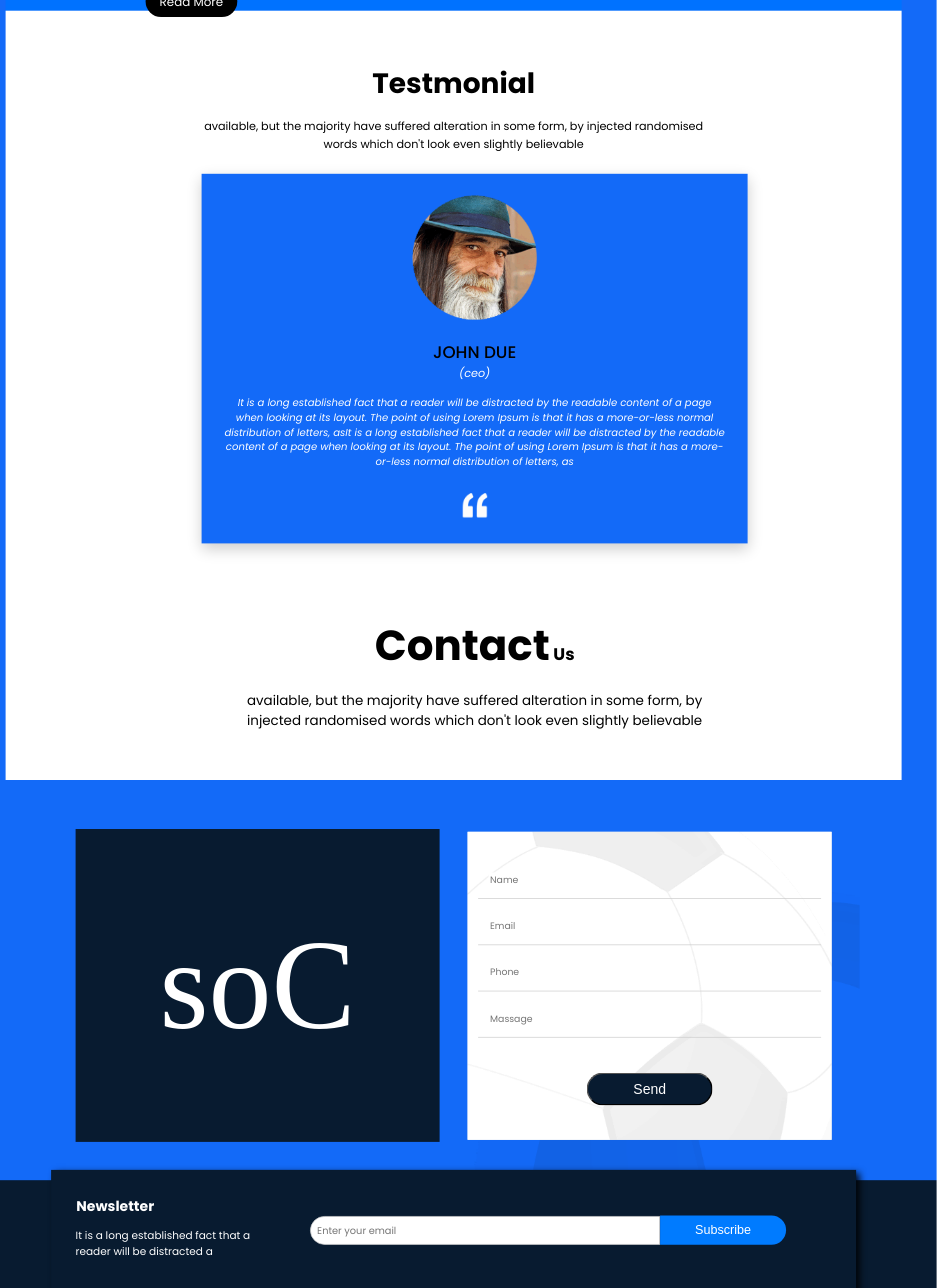
Repository: Vinicius9922/Projeto-Web
Page: index.html
These files come from the project's save history. The page is drawn as it stood at one moment and after a run of saves; the edit follows.
The browser window is 1280 px wide. The page is 1338 px wide, so the pictures cover 1338 px, including what lies to the right of the window. The pictures show the part of the page from y = 2736 to 4576 px (the page is 4913 px tall), at 70% of full size.

Above is the page before, as saved 2024-12-14 13:21:36.

After the next 2 saves:
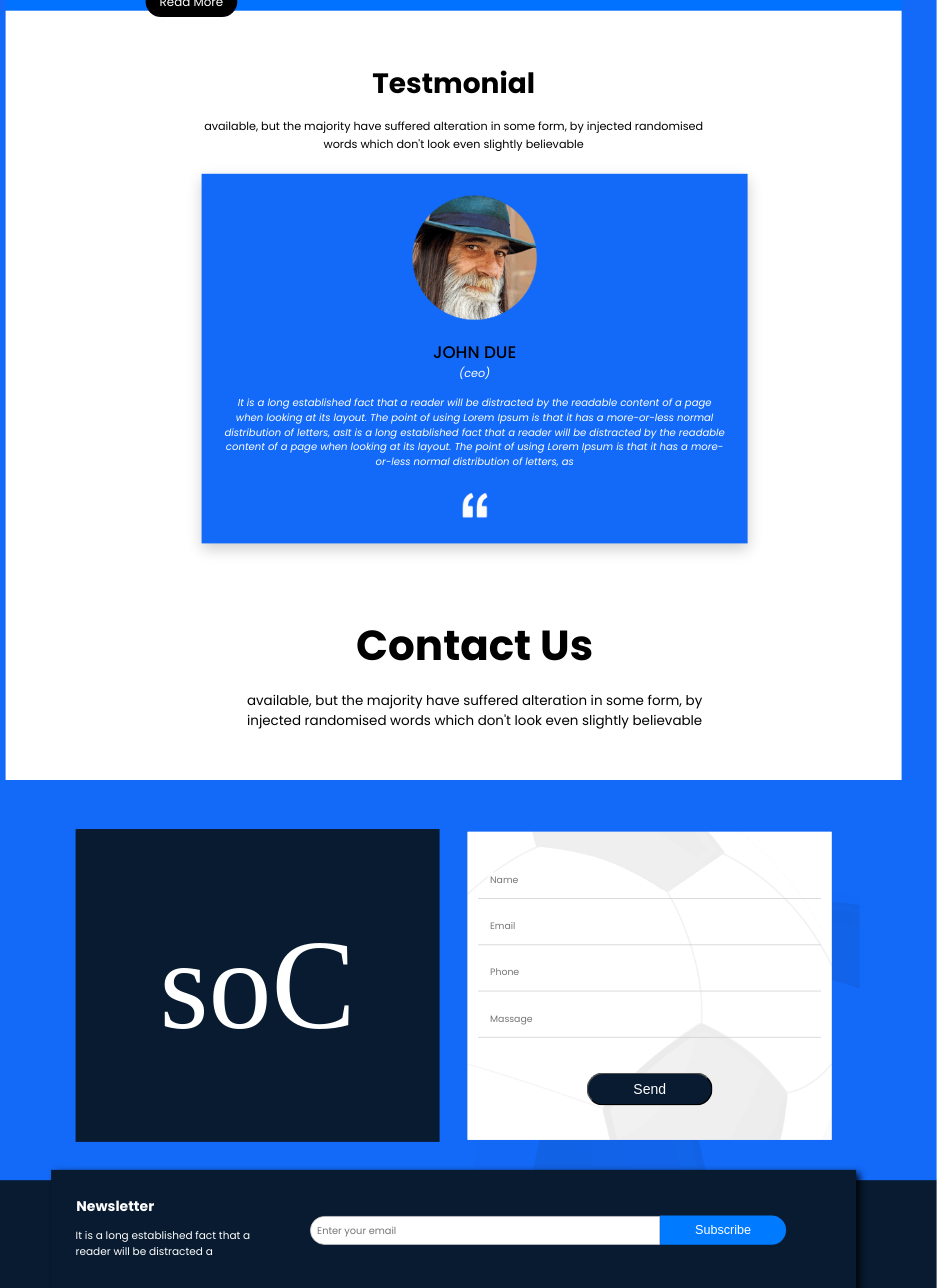
The 2 saves are shown as one change because they came seconds apart.
The last was saved 6 s later.
--- a/index.css
+++ b/index.css
@@ -342,7 +342,8 @@
     font-size: 2.5em;
     margin-bottom: 20px;
 }
-.Contato .contact {
+
+.Contato .us {
     font-size: 2.5em;
     margin-bottom: 20px;
 }
